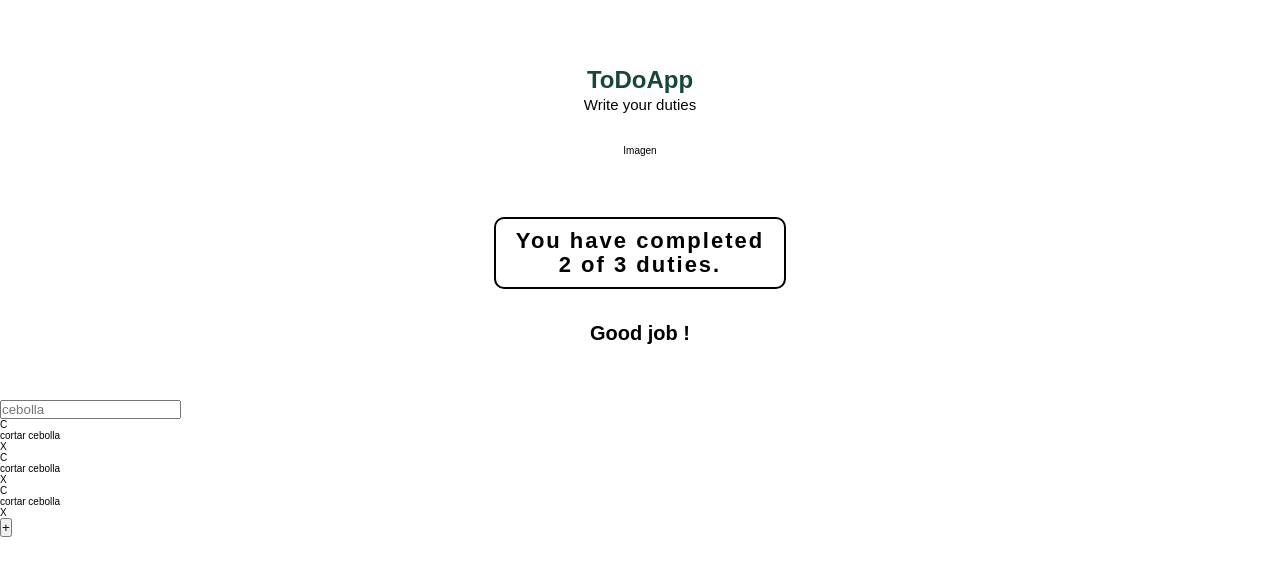
Repository: ChristianGecchelin/to-do-app
Page: /
An editor plug-in stored every save of this project. The page is shown before and after the next save, followed by the edit.
The browser window is 1280 px wide. The pictures show the whole page.
The project was rebuilt for these pictures with package versions that can differ from the ones it lists, and the page was loaded fresh each time.

Above is the page before, as saved 2022-01-12 11:05:14.

After the next save:
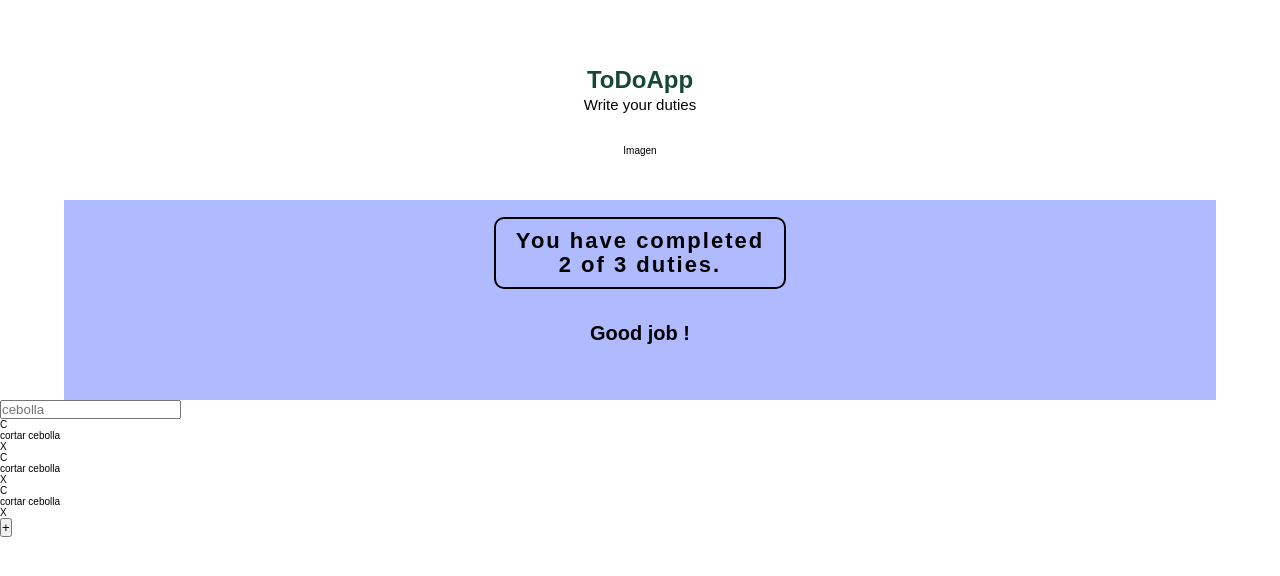
Saved 56 s later.
--- a/src/styles/ToDoCounter.css
+++ b/src/styles/ToDoCounter.css
@@ -8,6 +8,7 @@
   height: 200px;
   margin: 0 auto;
   text-align: center;
+  background: #b0bbff;
 }
 .title-card {
   border: 2px solid black;
